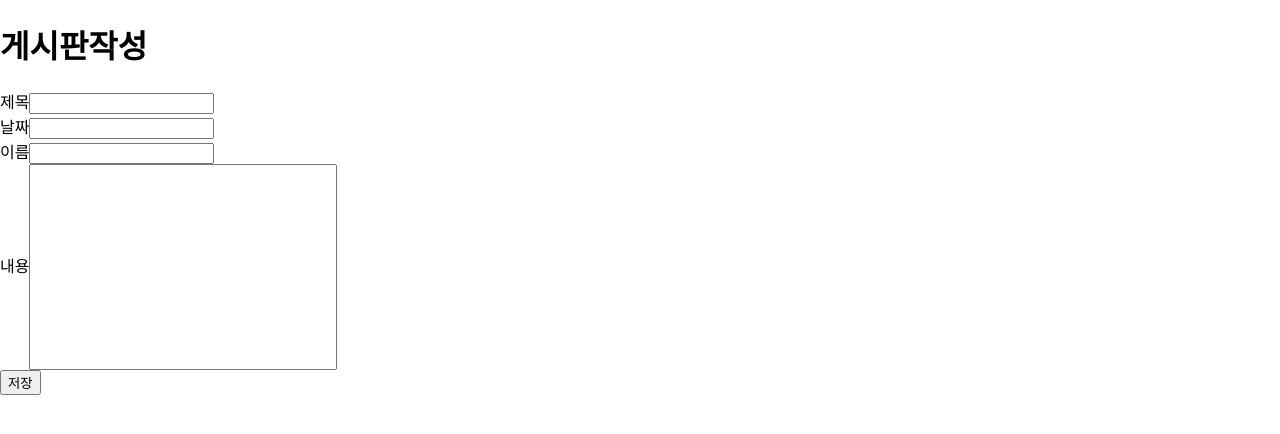
Repository: songgisung/study_web
Page: 20181126/test/board/WebContent/BoardWriter.html
An editor plug-in stored every save of this project. The page is shown before and after the next save, followed by the edit.
The browser window is 1280 px wide. The pictures show the whole page.

Above is the page before, as saved 2018-11-26 06:44:45.

### 20181126/test/board/WebContent/BoardWriter.html
<!DOCTYPE html>
<html>
<head>
<meta charset="UTF-8">
<link rel="stylesheet" href="css/BoardWriter.css">
<title>게시판 작성</title>
</head>
<body>
	<h1>게시판작성</h1>
	<div class="container">
		<form action="index.html" method="post" onsubmit="return formCheck();">
			<tr>제목</tr><input type="text" name="제목" /><br/>
			<tr>날짜</tr><input type="text" name="날짜" /><br/>
			<tr>이름</tr><input type="text" name="작성" /><br/>
			<tr>내용</tr><input class="content" type="text" name="내용" /><br/>
			<input type="submit" value="저장">
		</form>
		<script>
			//alert(document.forms[0].title.name);경고창 띄우는 함수
			function formCheck(){
				/* var title = document.forms[0].title.value;
				var redate =  document.forms[0].redate.value;
				var writer= document.forms[0].writer.value;
				var content = document.forms[0].content.value;
				if(title == null || title == ""){
					alert("제목을 넣어주세요.");
				}
				if(redate == null || redate == ""){
					alert("날을 넣어주세요.");
				}
				if(writer == null || writer == ""){
					alert("작성을 넣어주세요.");
				}
				if(content == null || content == ""){
					alert("내을 넣어주세요.");
				} */
				var length = document.forms[0].length -1;
				for(var i = 0; i < length; i++){
					if(document.forms[0][i].value == null || document.forms[0][i].value == ""){
						alert(document.forms[0][i].name + "을 넣어주세요");
						return false;
					}
				}

				function date(){
					var date = new Date();
					var year = date.getFullYear();
					var mm = date.getMonth() + 1;
					var dd =  date.getDate();
					if(dd < 10){
						dd = '0'+ dd;
					}
					if(mm < 10){
						mm = '0' + mm;
					}

					date = year +'年' + mm + '月' + dd + '日';
					document.forms[0][1].value = date;

				}


			}


		</script>
	</div>
</body>
</html>

### 20181126/test/board/WebContent/css/BoardWriter.css
@charset "UTF-8";

body{
	padding:center;
	margin:0px;
}
.container form tr{
	font-color:red;
	console.log("aaa");
}

.test{
	font-size: 50px;
	console.log("aaa");
}
.content{
	width:300px;
	height:200px
}

After the next save:
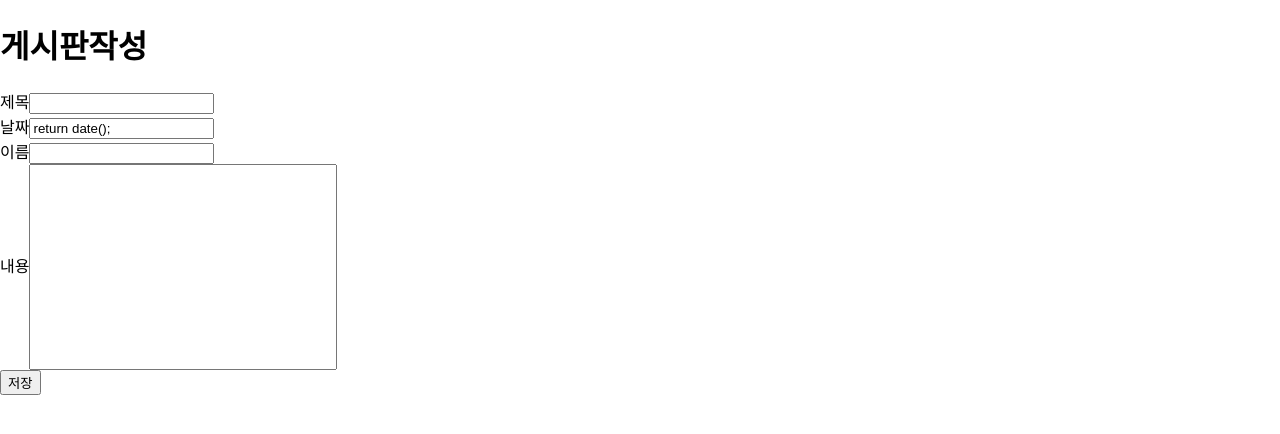
Saved 2 min 35 s later.
--- a/20181126/test/board/WebContent/BoardWriter.html
+++ b/20181126/test/board/WebContent/BoardWriter.html
@@ -10,7 +10,7 @@
 	<div class="container">
 		<form action="index.html" method="post" onsubmit="return formCheck();">
 			<tr>제목</tr><input type="text" name="제목" /><br/>
-			<tr>날짜</tr><input type="text" name="날짜" /><br/>
+			<tr>날짜</tr><input type="text" name="날짜" value="return date();"/><br/>
 			<tr>이름</tr><input type="text" name="작성" /><br/>
 			<tr>내용</tr><input class="content" type="text" name="내용" /><br/>
 			<input type="submit" value="저장">
@@ -55,7 +55,15 @@
 					}
 
 					date = year +'年' + mm + '月' + dd + '日';
-					document.forms[0][1].value = date;
+					//document.forms[0][1].value = date;
+					if(date ==null || date =="")
+					{
+						return false;
+					}
+					else
+					{
+						return date;
+					}
 
 				}
 

After the save that followed:
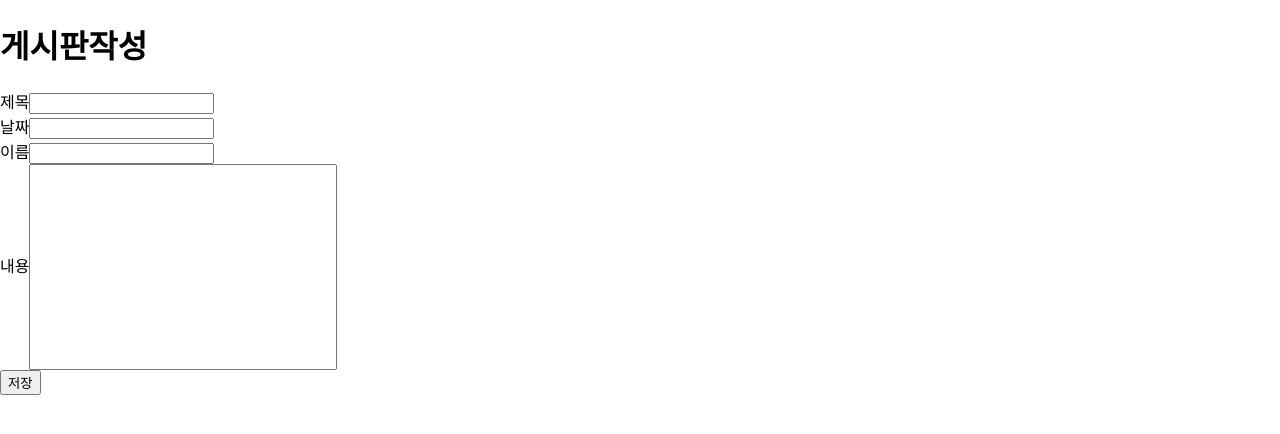
Console error: SyntaxError: Unexpected end of input
Saved 4 min 29 s later.
--- a/20181126/test/board/WebContent/BoardWriter.html
+++ b/20181126/test/board/WebContent/BoardWriter.html
@@ -8,9 +8,25 @@
 <body>
 	<h1>게시판작성</h1>
 	<div class="container">
+		<script>
+		function date(){
+			var date = new Date();
+			var year = date.getFullYear();
+			var mm = date.getMonth() + 1;
+			var dd =  date.getDate();
+			if(dd < 10){
+				dd = '0'+ dd;
+			}
+			if(mm < 10){
+				mm = '0' + mm;
+			}
+
+			date = year +'年' + mm + '月' + dd + '日';
+			document.forms[0][1].value = date;
+		</script>
 		<form action="index.html" method="post" onsubmit="return formCheck();">
 			<tr>제목</tr><input type="text" name="제목" /><br/>
-			<tr>날짜</tr><input type="text" name="날짜" value="return date();"/><br/>
+			<tr>날짜</tr><input type="text" name="날짜" /><br/>
 			<tr>이름</tr><input type="text" name="작성" /><br/>
 			<tr>내용</tr><input class="content" type="text" name="내용" /><br/>
 			<input type="submit" value="저장">
@@ -42,30 +58,9 @@
 					}
 				}
 
-				function date(){
-					var date = new Date();
-					var year = date.getFullYear();
-					var mm = date.getMonth() + 1;
-					var dd =  date.getDate();
-					if(dd < 10){
-						dd = '0'+ dd;
-					}
-					if(mm < 10){
-						mm = '0' + mm;
-					}
 
-					date = year +'年' + mm + '月' + dd + '日';
-					//document.forms[0][1].value = date;
-					if(date ==null || date =="")
-					{
-						return false;
-					}
-					else
-					{
-						return date;
-					}
 
-				}
+
 
 
 			}
